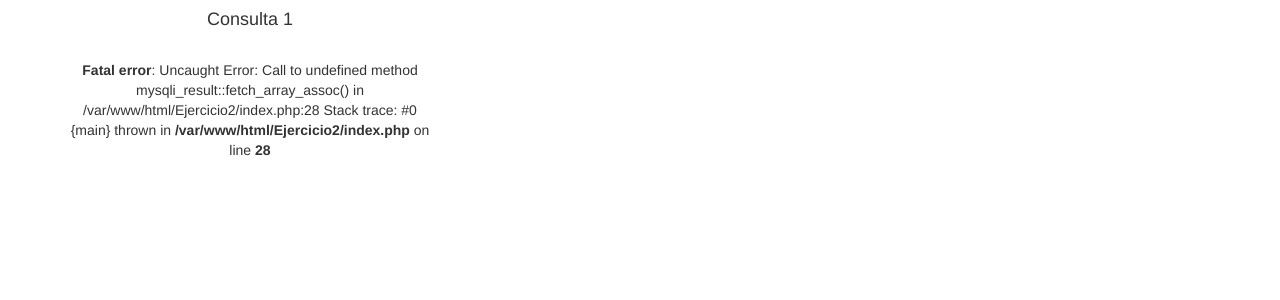
Repository: Myugen/EjercicioPHP
Page: http://localhost/Ejercicio2/index.php
An editor plug-in stored every save of this project. The page is shown before and after the next save, followed by the edit.
The browser window is 1280 px wide. The pictures show the whole page.
Some web libraries are served in a nearby version. The page is run by PHP 8.4 with error messages shown; the project is at /var/www/html/. Queries for data that is not in the repository find no rows.

Above is the page before, as saved 2015-11-18 13:25:04.

After the next save:
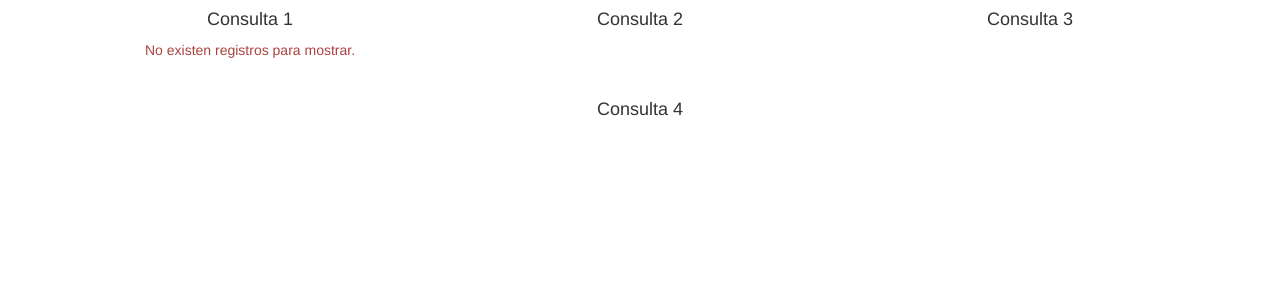
Saved 86 s later.
--- a/Actividades5-2/Ejercicio2/index.php
+++ b/Actividades5-2/Ejercicio2/index.php
@@ -25,7 +25,7 @@
 					                        FROM tiempo_uso as t
 					                        WHERE r.numserie = t.numserie)";
 			if($resultado = $conexion->query($consulta1)) {
-				if($row = $resultado->fetch_array_assoc()) {
+				if($row = $resultado->fetch_array(MYSQL_NUM)) {
 					echo "<table class='table table-condensed'>";
 					echo "<tr><th>Número de serie</th><th>Descripción</th></tr>";
 					do{
